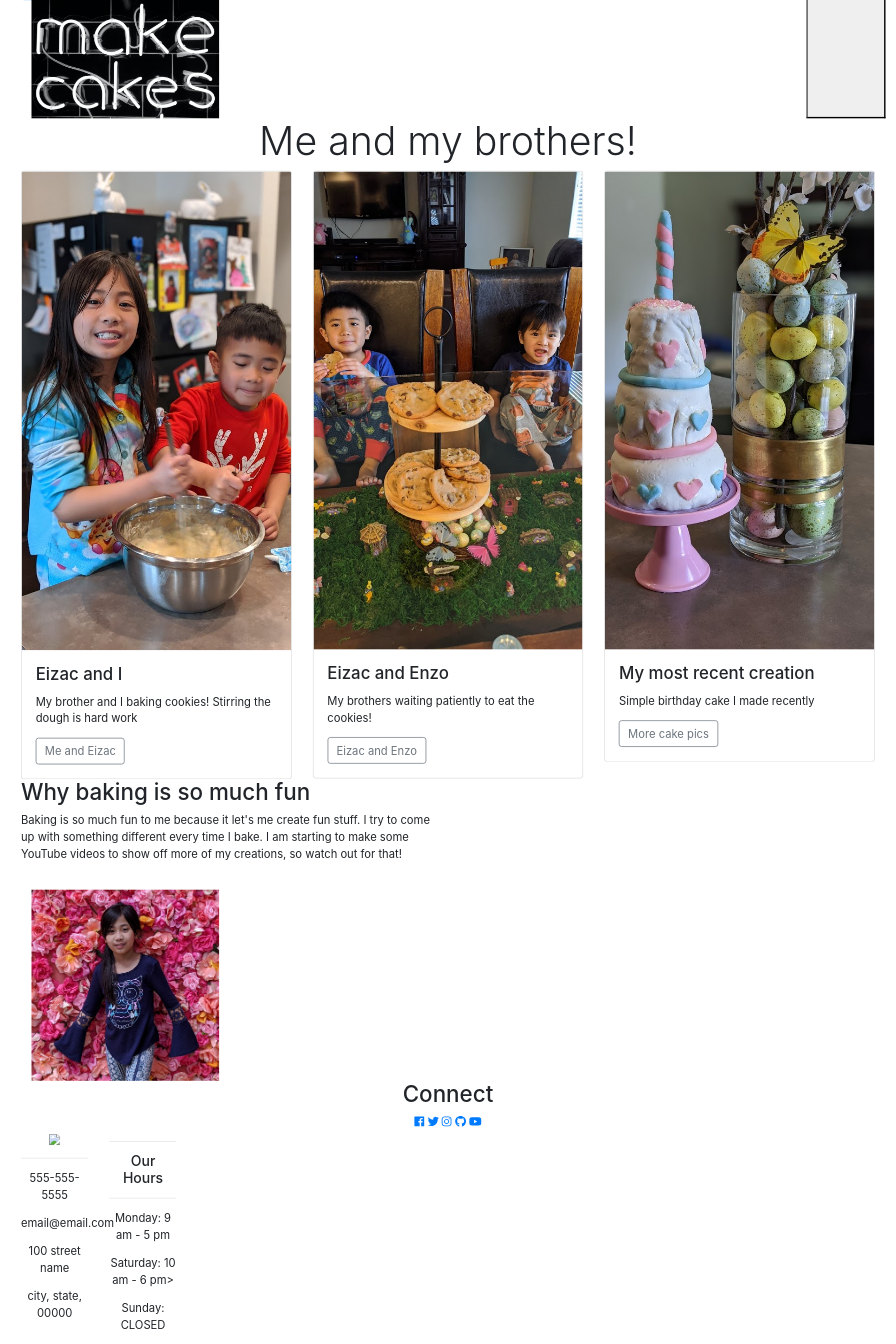
Repository: djzaragoza/Bea-Creation
Page: index.html
These files come from the project's save history. The page is drawn as it stood at one moment and after the next save; the edit follows.
The browser window is 1280 px wide. The pictures show the part of the page from y = 3390 to 5310 px (the page is 5310 px tall before and 5238 px after), at 70% of full size.
Some web libraries are served in a nearby version.

Above is the page before, as saved 2020-04-07 22:36:14.

### index.html
<!DOCTYPE html>
<html lang="en">
<head>
    <meta charset="utf-8">
    <meta name="viewport" content="width=device-width, initial-scale=1">
    <title>Bea's Creation</title>
    <link rel="stylesheet" href="https://maxcdn.bootstrapcdn.com/bootstrap/4.0.0/css/bootstrap.min.css">
    <script src="https://ajax.googleapis.com/ajax/libs/jquery/3.3.1/jquery.min.js"></script>
    <script src="https://cdnjs.cloudflare.com/ajax/libs/popper.js/1.12.9/umd/popper.min.js"></script>
    <script src="https://maxcdn.bootstrapcdn.com/bootstrap/4.0.0/js/bootstrap.min.js"></script>
    <script src="https://use.fontawesome.com/releases/v5.0.8/js/all.js"></script>
    <link rel="style.css" rel="stylesheet">
</head>
<body>

<!-- navigation -->
<nav class="navbar navbar-expand-md navbar-light bg-light sticky-top">
<div class="container-fluid">
    <a class="navbar-brand" href="#"><img src="img/bea_logo.png"></a>
    <button class="navbar-toggler" type="button" data-toggle="collapse" data-target="#navbarResponsive">
        <span class="navbar-toggler-icon"></span>
    </button>
    <div class="collapse navbar-collapse" id="navbarResponsive">
        <ul class="navbar-nav ml-auto">
            <li class="nav-item active">
                <a class="nav-link" href="#">Home</a>
            </li>
            <li class="nav-item">
                <a class="nav-link" href="#">Cakes</a>
            </li>
            <li class="nav-item">
                <a class="nav-link" href="#">Cupcakes</a>
            </li>
            <li class="nav-item">
                <a class="nav-link" href="#">Cookies</a>
            </li>
        </ul>
    </div>

</div>


</nav>


<!-- image slider -->
<div id="slides" class="carousel slide" data-ride="carousel">
    <ul class="carousel-indicators">
        <li data-target="#slides" data-slide-to="0" class="active"></li>
        <li data-target="#slides" data-slide-to="1">
        <li data-target="#slides" data-slide-to="2">
    </ul>
    <div class="carousel-inner">
        <div class="carousel-item active">
            <img src="img/bea_cover_photo.jpg">
            <div class="carousel-caption">
                <h1 class="display-2">Hello! Nice to meet you!</h1>
                <h3>I'm Bea!</h3>
                <button type="button" class="btn btn-outline-light btn-lg">About Me!</button>
                <button type="button" class="btn btn-primary btn-lg">Click Me!</button>
            </div>
        </div>
        <div class="carousel-item">
            <img src="img/bea_home_cookies.jpg">
        </div>
        <div class="carousel-item">
            <img src="img/bea_home_cupcakes.jpg">
        </div>
    </div>
</div>


<!-- jumbotron -->
<div class="container-fluid">
    <div class="row jumbotron">
        <div class="column-xs-12 col-sm-12 col-md-9 col-lg-9 col-xl-10">
            <p class="lead">Welcome to my page!  My daddy made it for me because he thinks I should show off all of the things I bake.  Check out his own website      ----------------------- > </p>
        </div>
        <div class="col-xs-12 col-sm-12 col-md-3 col-lg-3 col-xl-2">
            <a href="https://www.djzaragoza.dev" target="_blank"><button type="button" class="btn btn-outline-secondary btn-lg">My Daddy's page</button></a>
        </div>

    </div>
</div>

<!-- welcome section -->

<div class="container-fluid padding">
<div class="row welcome text-center">
    <div class="col-12">
        <h1 class="display-4">Creating yummy stuff is so much fun!</div>
    </div>
    <hr>
    <div class="col-12">
        <p class="lead">Welcome to my own site!  I love baking all kinds of cakes, cookies and cupcakes for my family.</p>
    </div>
<div>
</div>

<!-- three column section -->
<div class="container-fluid padding">
<div class="row text-center padding">
    <div class="col-xs-12 col-sm-6 col-md-4">
        <img src="img/cake_icon.png">
        <h3>Cakes</h3>
        <p>I love baking cakes because I like decorating and eating them</p>
    </div>
    <div class="col-xs-12 col-sm-6 col-md-4">
        <img src="img/cookie_icon.jpg">
        <h3>Cookies</h3>
        <p>Cookies are so much fun because it is quick to make!</p>
    </div>
    <div class="col-sm-12 col-md-4">
        <img src="img/cupcake_icon.jpg">
        <h3>Cupcakes</h3>
        <p>I enjoy decorating them!</p>
    </div>
</div>
<hr class="my-4">
</div>

<!-- two column section -->

<div class="container-fluid padding">
    <div class="row padding">
        <div class="col-md-12 col-lg-6">
            <h2>What inspires me ...</h2>
            <p>"Most recently, I learned another hobby: baking.  It's so much fun to mix all the ingredients and to see the cake come out nice.  It's so rewarding when the cake comes out great and tastes great."
            </p>
            <br>
            <a href="https://www.icingsmiles.org" target="_blank" class="btn btn-primary">Make a Difference</a>
        <div>
        <div class="col-lg-6">
            <img src="img/family_baking_icon.jpg" class="img-fluid">
        </div>
    </div>
</div>
<hr class="my-4">
<!-- fixed background -->
<figure>
    <div class="fixed-wrap">
        <div id="fixed">
        </div>
    </div>
</figure>


<!-- emoji section -->
<button class="fun" data-toggle="collapse" data-target="#emoji">Click for fun!</button>
<div id="emoji" class="collapse">
    <div class="container-fluid padding">
        <div class="row text-center">
            <div class="col-sm-6 col-md-3">
                <img class="gif" src="img/custard.png">
            </div>
            <div class="col-sm-6 col-md-3">
                <img class="gif" src="img/cake.png">
            </div>
            <div class="col-sm-6 col-md-3">
                <img class="gif" src="img/cupcake.png">
            </div>
            <div class="col-sm-6 col-md-3">
                <img class="gif" src="img/icecream.png">
            </div>
        </div>
    </div>
</div>

<!-- meet the team -->
<div class="container-fluid padding">
<div class="row welcome text-center">
    <div class="col-12">
        <h1 class="display-4">Me and my brothers!</h1>
    </div>
    <hr>
</div>
</div>


<!-- cards -->

<div class="container-fluid padding">
<div class="row padding">
    <div class="col-md-4">
        <div class="card">
            <img class="card-img-top" src="img/brothers_1.jpg">
            <div class="card-body">
                <h4 class="card-title">Eizac and I</h4>
                <p class="card-text">My brother and I baking cookies!  Stirring the dough is hard work</p>
                <a href="#" class="btn btn-outline-secondary">Me and Eizac</a>
            </div>
        </div>
    </div>

    <div class="col-md-4">
        <div class="card">
            <img class="card-img-top" src="img/brothers_2.jpg">
            <div class="card-body">
                <h4 class="card-title">Eizac and Enzo</h4>
                <p class="card-text">My brothers waiting patiently to eat the cookies!</p>
                <a href="#" class="btn btn-outline-secondary">Eizac and Enzo</a>
            </div>
        </div>
    </div>

    <div class="col-md-4">
        <div class="card">
            <img class="card-img-top" src="img/brothers_3.jpg">
            <div class="card-body">
                <h4 class="card-title">My most recent creation</h4>
                <p class="card-text">Simple birthday cake I made recently</p>
                <a href="#" class="btn btn-outline-secondary">More cake pics</a>
            </div>
        </div>
    </div>

</div>
</div>

<!-- two column section -->
<div class="container-fluid padding">
    <div class="row padding">
        <div class="col-md-12 col-lg-6">
            <h2>Why baking is so much fun</h2>
            <p>Baking is so much fun to me because it let's me create fun stuff.  I try to come up with something different every time I bake.  I am starting to make some YouTube videos to show off more of my creations, so watch out for that!
            </p>
            <br>
        <div>
        <div class="col-lg-6">
            <img src="img/bea_solo.jpg" class="img-fluid">
        </div>
    </div>
</div>

<!-- connect -->
<div class="container-fluid padding">
    <div class="row text-center padding">
        <div class="col-12">
            <h2>Connect</h2>
        </div>
        <div class="col-12 social padding">
            <a href="#"><i class="fab fa-facebook"></i></a>
            <a href="#"><i class="fab fa-twitter"></i></a>
            <a href="#"><i class="fab fa-instagram"></i></a>
            <a href="#"><i class="fab fa-github"></i></a>
            <a href="#"><i class="fab fa-youtube"></i></a>
        </div>
    </div>
</div>

<!-- footer -->
<footer>
    <div class="container-fluid padding">
        <div class="row text-center">
            <div class="col-md-4">
                <img src="#">
                <hr class="light">
                <p>555-555-5555</p>
                <p>email@email.com</p>
                <p>100 street name</p>
                <p>city, state, 00000</p>
            </div>
            <div class="col-md-4">
                <hr class="light">
                <h5>Our Hours</h5>
                <hr class="light">
                <p>Monday: 9 am - 5 pm</p>
                <p>Saturday: 10 am - 6 pm></p>
                <p>Sunday: CLOSED</p>
            </div>
        </div>
    </div>
</footer>




</body>



</html>

After the next save:
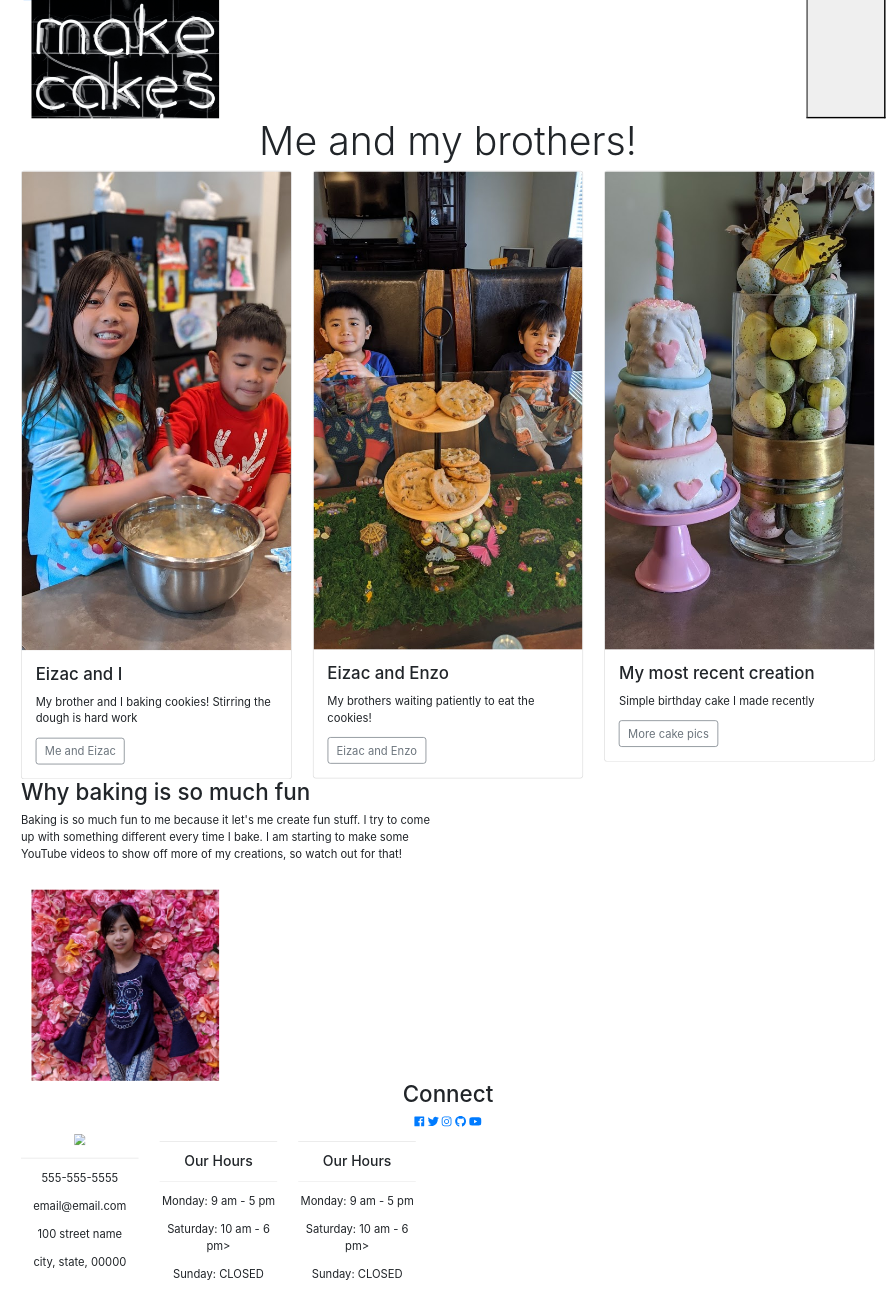
Saved 11 s later.
--- a/index.html
+++ b/index.html
@@ -267,7 +267,15 @@
                 <p>Monday: 9 am - 5 pm</p>
                 <p>Saturday: 10 am - 6 pm></p>
                 <p>Sunday: CLOSED</p>
-            </div>
+            </div>    <div class="col-md-4">
+                <hr class="light">
+                <h5>Our Hours</h5>
+                <hr class="light">
+                <p>Monday: 9 am - 5 pm</p>
+                <p>Saturday: 10 am - 6 pm></p>
+                <p>Sunday: CLOSED</p>
+            </div>
+
         </div>
     </div>
 </footer>
